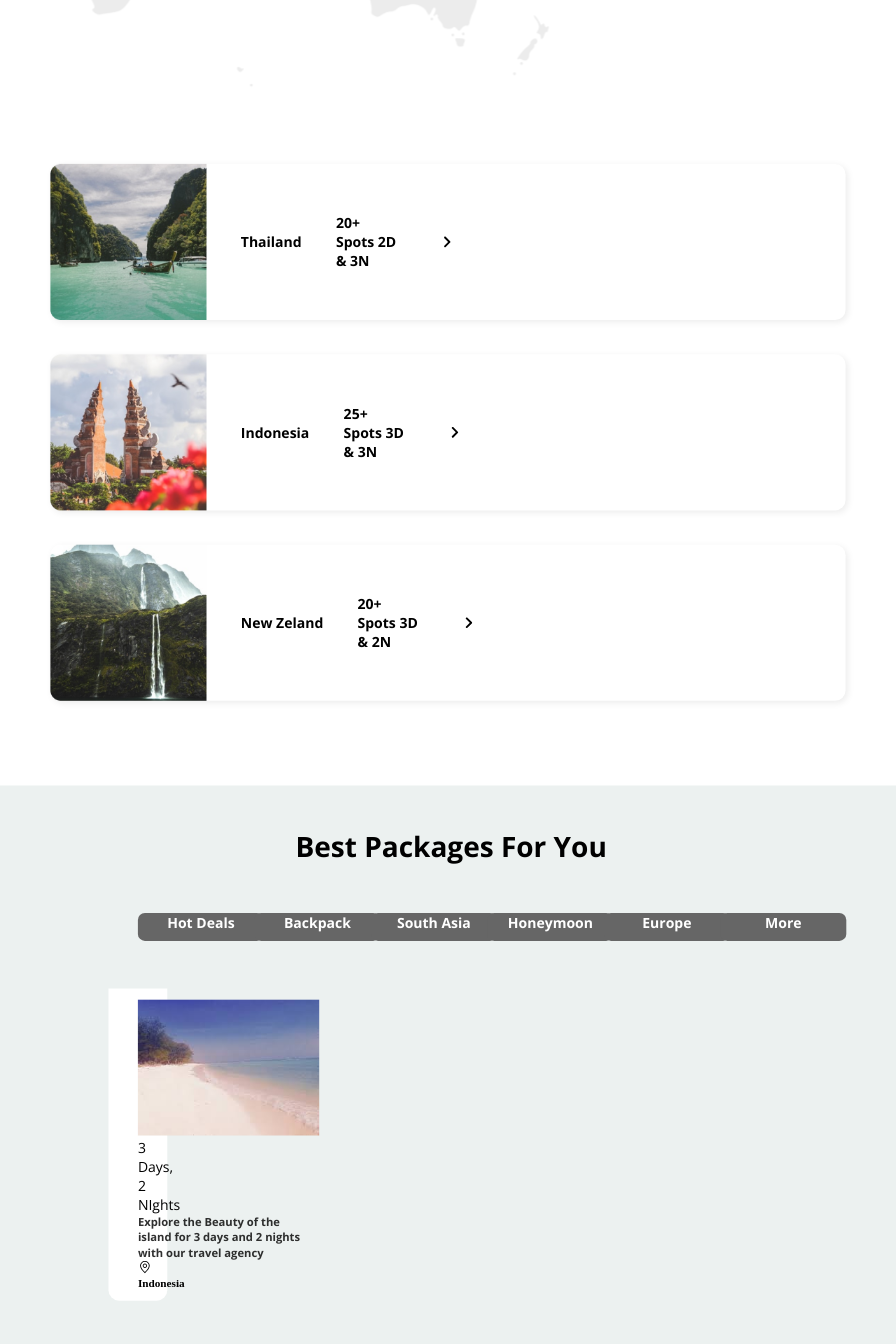
Repository: kubrazamanova/Background-Image
Page: index.html
An editor plug-in stored every save of this project. The page is shown before and after the next save, followed by the edit.
The browser window is 1280 px wide. The pictures show the part of the page from y = 3283 to 5203 px (the page is 5246 px tall before and 5546 px after), at 70% of full size.

Above is the page before, as saved 2023-10-21 10:31:16.

After the next save:
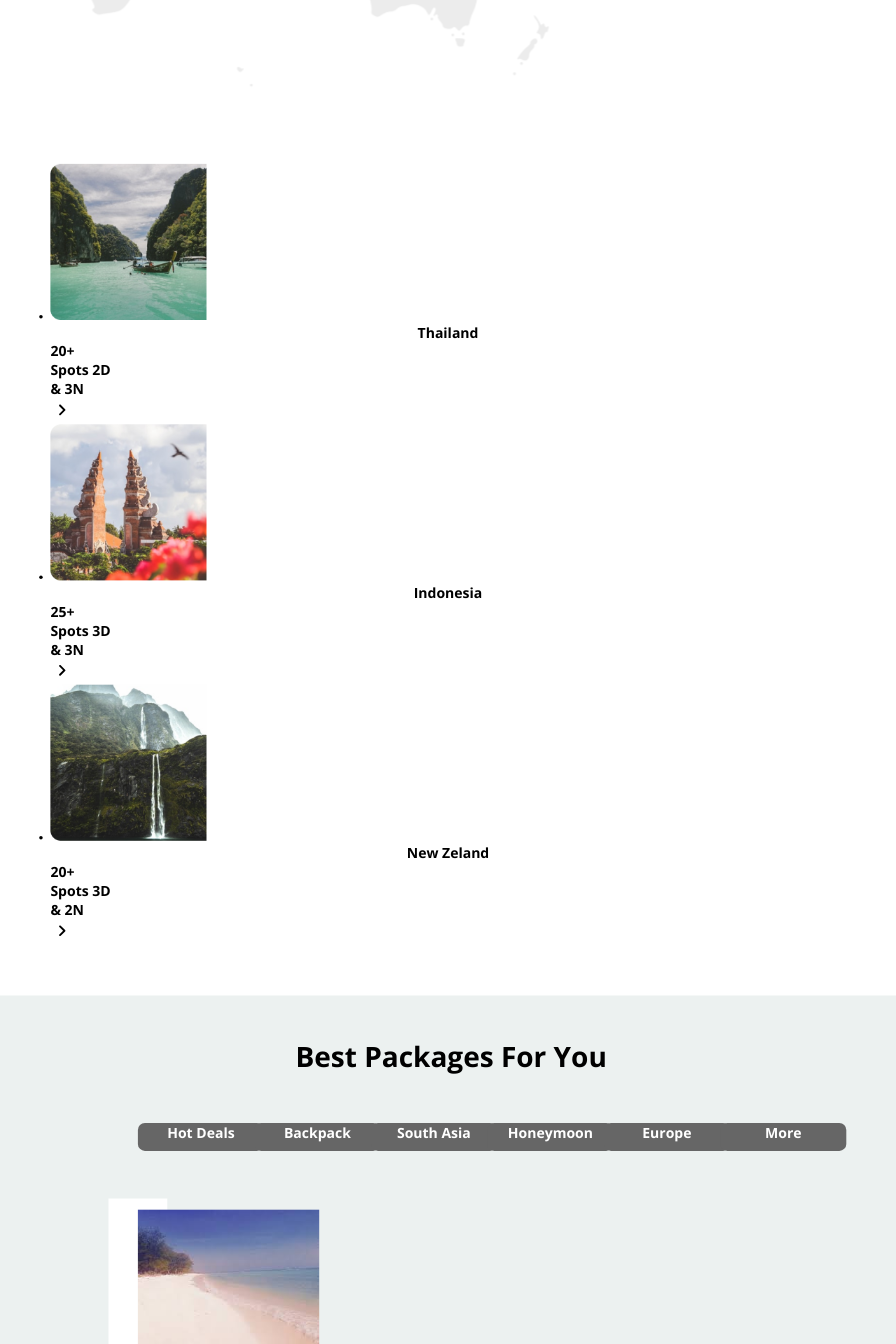
Saved 9 s later.
--- a/index.css
+++ b/index.css
@@ -253,7 +253,7 @@ main {
   /* margin-bottom: 63px; */
   /* margin: auto; */
 }
-
+.dis
 #distinations ul li {
   display: flex;
   align-items: center;
